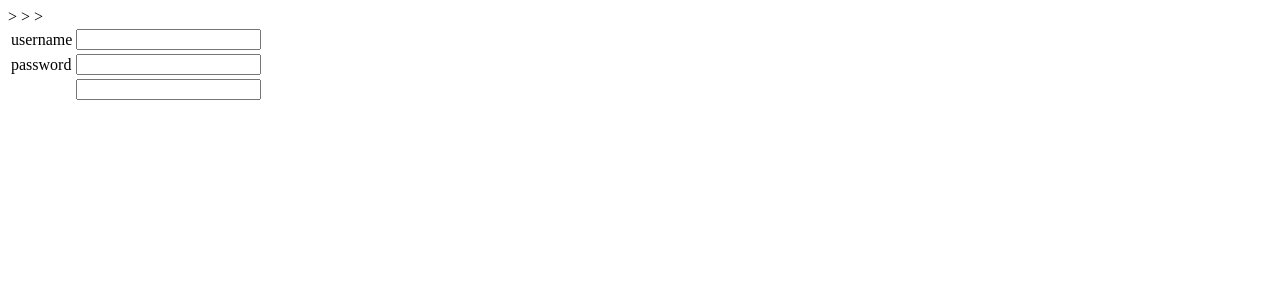
Repository: dogj/Part2
Page: http://localhost/test/login.jsp
These files come from the project's save history. The page is drawn as it stood at one moment and after the next save; the edit follows.
The browser window is 1280 px wide. The pictures show the whole page.
The page is served by Tomcat 9.

Above is the page before, as saved 2017-08-23 00:41:58.

### part 2/dynamic web/test/src/main/webapp/login.jsp
<%@ page language="java" contentType="text/html; charset=ISO-8859-1"
    pageEncoding="ISO-8859-1"%>
<!DOCTYPE html PUBLIC "-//W3C//DTD HTML 4.01 Transitional//EN" "http://www.w3.org/TR/html4/loose.dtd">
<html>
<head>
<meta http-equiv="Content-Type" content="text/html; charset=ISO-8859-1">
<title>Insert title here</title>
</head>
<body>

<form method = "post "action="login">

<table>

<tr>
<td>username</td>
<td><input></td>
</tr>>
<tr>
<td>password</td>
<td><input></td>
</tr>>

<tr>
<td></td>
<td><input></td>
</tr>>


</table>



</form>

</body>
</html>

After the next save:
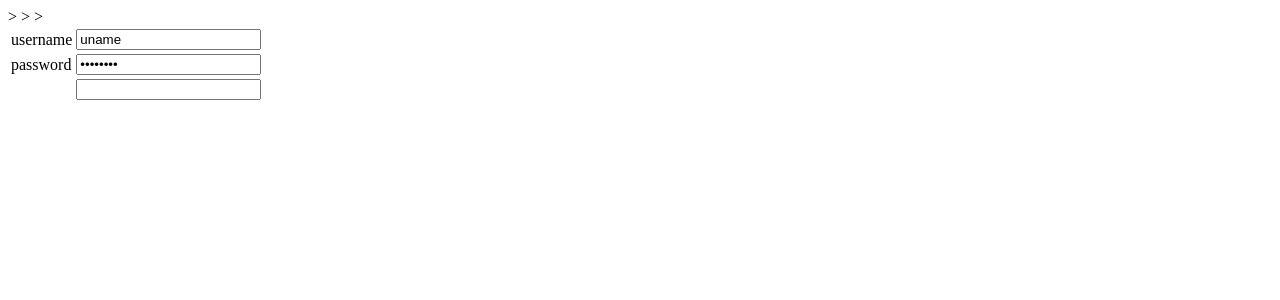
Saved 118 s later.
--- a/part 2/dynamic web/test/src/main/webapp/login.jsp
+++ b/part 2/dynamic web/test/src/main/webapp/login.jsp
@@ -14,11 +14,11 @@
 
 <tr>
 <td>username</td>
-<td><input></td>
+<td><input type="text" value="uname"></td>
 </tr>>
 <tr>
 <td>password</td>
-<td><input></td>
+<td><input type="password" value="password"></td>
 </tr>>
 
 <tr>
